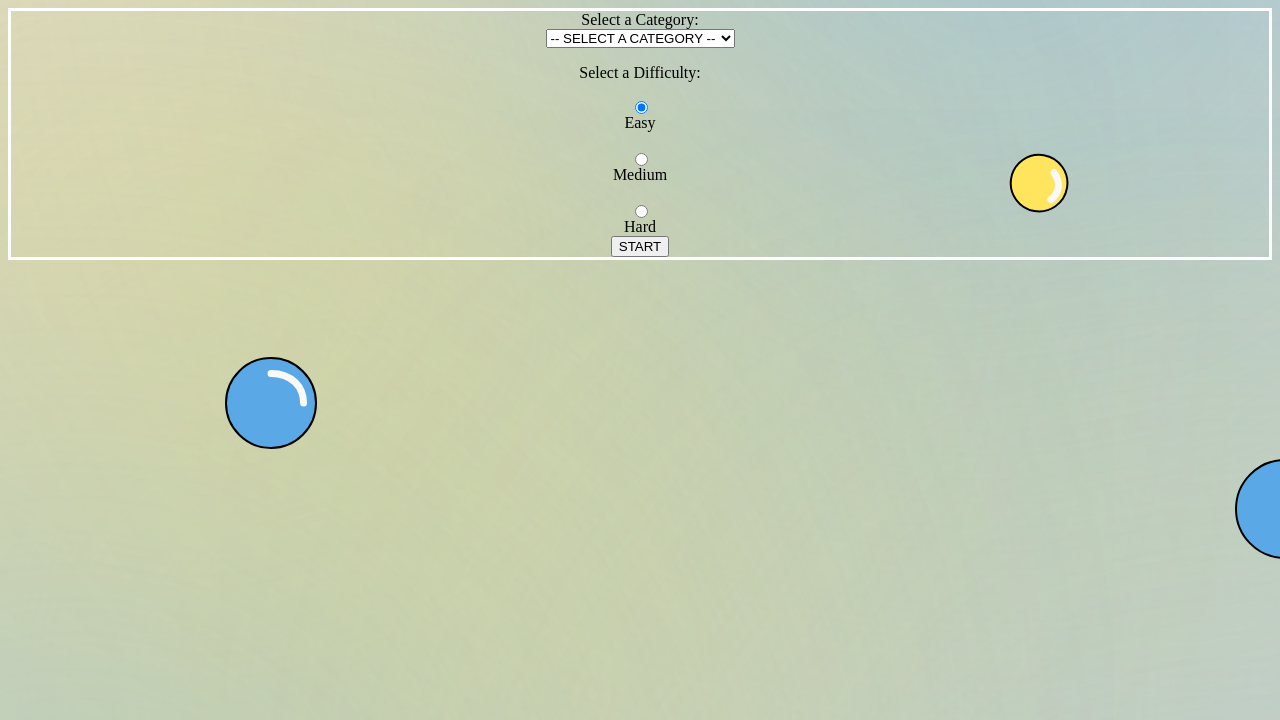
Repository: sierralaurent/SmartiePants
Page: trivia.html
An editor plug-in stored every save of this project. The page is shown before and after the next save, followed by the edit.
The browser window is 1280 px wide. The pictures show the whole page.
The page's requests for data from a server got no answer.

Above is the page before, as saved 2023-05-16 12:14:53.

After the next save:
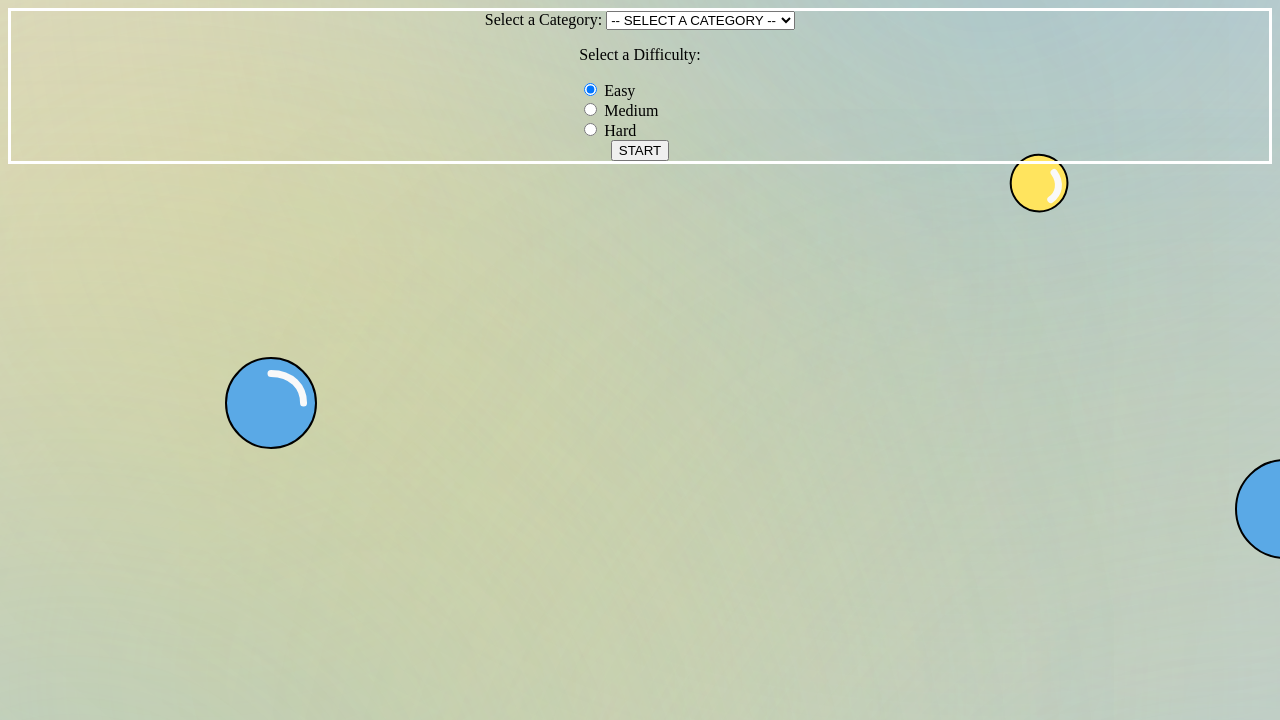
Saved 61 s later.
--- a/trivia.html
+++ b/trivia.html
@@ -9,18 +9,22 @@
 
 <body>
   <div class="mainContainer">
-    <label for="category-dropdown">Select a Category:</label>
+    <div>
+      <label for="category-dropdown">Select a Category:</label>
     <select id="category-dropdown">
       <option value="">-- SELECT A CATEGORY --</option>
     </select>
+    </div>
 
-    <p>Select a Difficulty:</p>
+    <div>
+      <p>Select a Difficulty:</p>
     <input type="radio" id="easy" name="difficulty" value="easy" checked>
     <label for="easy">Easy</label><br>
     <input type="radio" id="medium" name="difficulty" value="medium">
     <label for="medium">Medium</label><br>
     <input type="radio" id="hard" name="difficulty" value="hard">
     <label for="hard">Hard</label>
+    </div>
 
     <a href="/quiz.html"><button id="start-button">START</button></a>
   </div>
